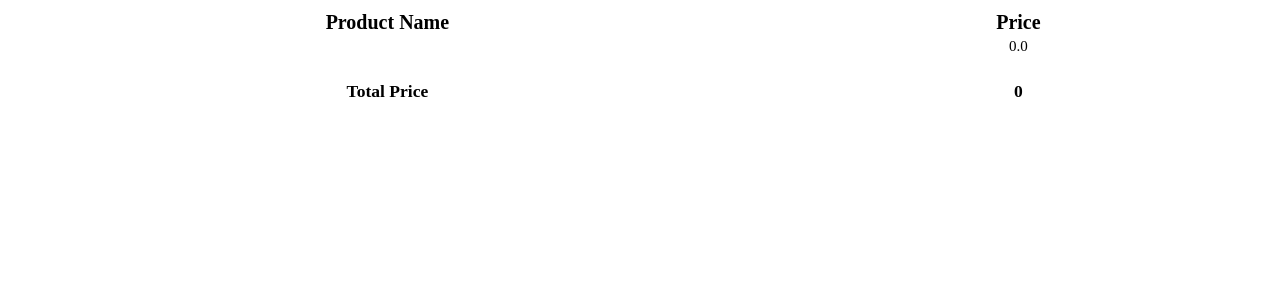
Repository: FatCat0712/JSP
Page: http://localhost/bai_20/donHang.jsp
The author's editor kept a copy of each file at every save. The page is drawn from the files as they stood at one save, then again after a run of saves.
The browser window is 1280 px wide. The pictures show the whole page.
The page is served by Tomcat 9.

Above is the page before, as saved 2024-04-22 13:59:22.

After the next 2 saves:
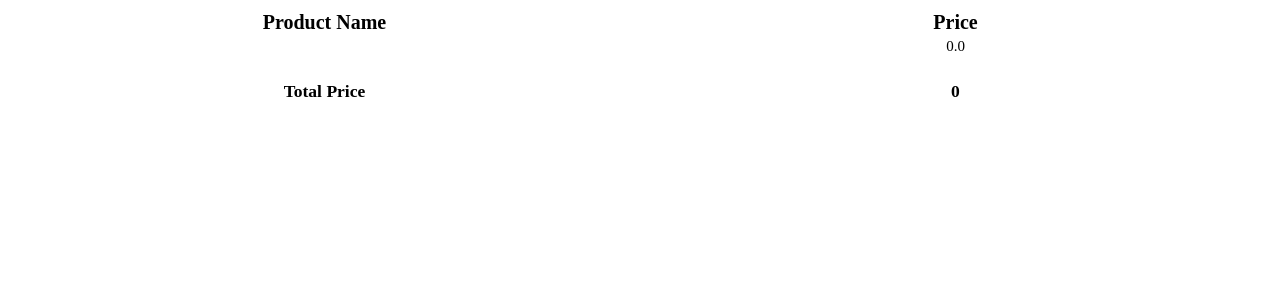
The 2 saves are shown as one change because they came seconds apart.
The last was saved 32 s later.
--- a/bai_20/src/main/webapp/donHang.jsp
+++ b/bai_20/src/main/webapp/donHang.jsp
@@ -97,8 +97,8 @@
 	<table style="width: 100%">
 		<thead>
 			<tr>
-				<th style="width: 60%; font-size: 20px; text-align: center;">Product Name</th>
-				<th style="width: 40%; font-size: 20px; text-align: center;">Price</th>
+				<th style="width: 50%; font-size: 20px; text-align: center;">Product Name</th>
+				<th style="width: 50%; font-size: 20px; text-align: center;">Price</th>
 			</tr>
 		</thead>
 		<tr>
